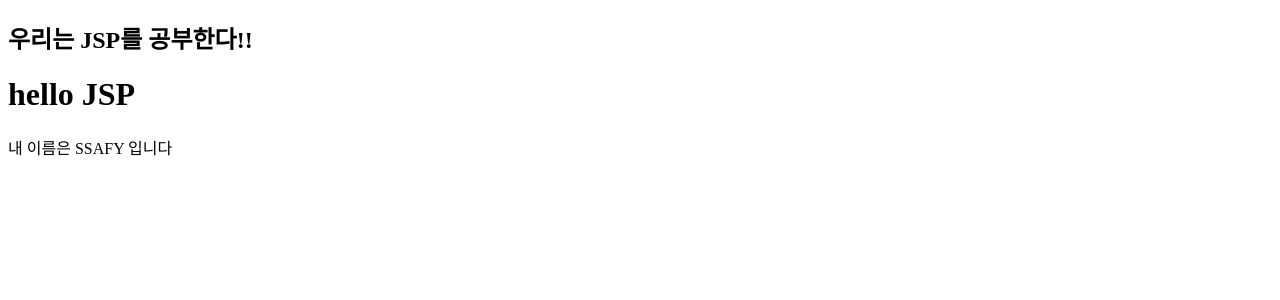
Repository: manchott/JAVAstudy
Page: http://localhost/Back03_JSP/
The author's editor kept a copy of each file at every save. The page is drawn from the files as they stood at one save, then again after the next save.
The browser window is 1280 px wide. The pictures show the whole page.
The page is served by Tomcat 9. Other server files are loaded and not shown.

Above is the page before, as saved 2022-11-02 00:47:50.

### workspace/Back03_JSP/WebContent/index.jsp
<%@ page language="java" contentType="text/html; charset=UTF-8"
    pageEncoding="UTF-8"%>
<!DOCTYPE html>
<html>
<head>
<meta charset="UTF-8">
<title>Hello JSP</title>
</head>
<body>

	<h2>우리는 JSP를 공부한다!!</h2>
	<% String name = "SSAFY"; %>

	<h1>hello JSP</h1>
	<p>내 이름은 <%=name %> 입니다</p>

</body>
</html>

### workspace/Back03_JSP/WebContent/common/header.jsp
<%@ page language="java" contentType="text/html; charset=UTF-8"
    pageEncoding="UTF-8"%>

<h2>우리는 특공대입니다</h2>

After the next save:
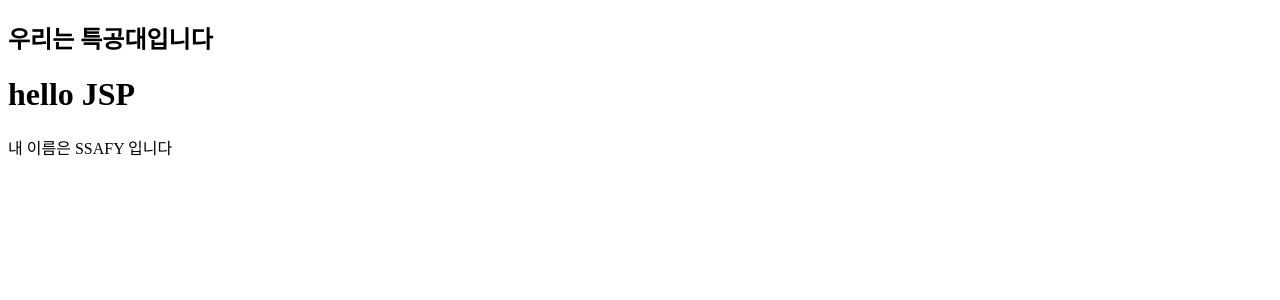
Saved 18 s later.
--- a/workspace/Back03_JSP/WebContent/index.jsp
+++ b/workspace/Back03_JSP/WebContent/index.jsp
@@ -8,7 +8,7 @@
 </head>
 <body>
 
-	<h2>우리는 JSP를 공부한다!!</h2>
+	<%@ include file="/common/header.jsp" %>
 	<% String name = "SSAFY"; %>
 
 	<h1>hello JSP</h1>
